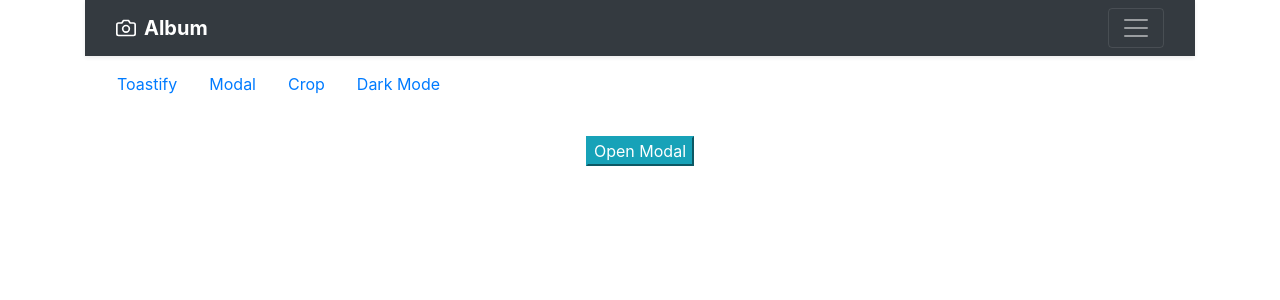
Repository: shankaraswal/react-multiple-ex
Page: /modal
The author's editor kept a copy of each file at every save. The page is drawn from the files as they stood at one save, then again after the next save.
The browser window is 1280 px wide. The pictures show the whole page.
The project was rebuilt for these pictures with package versions that can differ from the ones it lists, and the page was loaded fresh each time. Also part of the build but not shown: src/components/common/CopyArea.js, src/components/Toastify/Toastify.js.

Above is the page before, as saved 2020-02-04 18:27:09.

### src/App.js
import React from 'react';
import {
  BrowserRouter as Router,
  Switch,
  Route,
  Link
} from 'react-router-dom'

import Header from './components/common/Header'
import Navbar from './components/common/Navbar';
import CopyArea from './components/common/CopyArea'

import Toastify from './components/Toastify/Toastify'
import ModalPop from './components/ModalPop/ModalPop'

function App() {
  return (
    <div className="App container">
      <Router>
        <Header/>
       <Navbar />
        <Switch>
          <div className="container mt-4">
            <Route exact path='/' component={Toastify} />
            <Route path='/modal' component={ModalPop} />
          </div>

      </Switch>
      </Router>
    </div>
  );
}
export default App;

### src/components/common/Header.js

import React, { Component } from 'react'

export class Header extends Component {
  render() {
    return (
      <header>
  <div className="collapse bg-dark" id="navbarHeader">
    <div className="container">
      <div className="row">
        <div className="col-sm-8 col-md-7 py-4">
          <h4 className="text-white">About</h4>
          <p className="text-muted">Add some information about the album below, the author, or any other background context. Make it a few sentences long so folks can pick up some informative tidbits. Then, link them off to some social networking sites or contact information.</p>
        </div>
        <div className="col-sm-4 offset-md-1 py-4">
          <h4 className="text-white">Contact</h4>
          <ul className="list-unstyled">
            <li><a href="#" className="text-white">Follow on Twitter</a></li>
            <li><a href="#" className="text-white">Like on Facebook</a></li>
            <li><a href="#" className="text-white">Email me</a></li>
          </ul>
        </div>
      </div>
    </div>
  </div>
  <div className="navbar navbar-dark bg-dark shadow-sm">
    <div className="container d-flex justify-content-between">
      <a href="#" className="navbar-brand d-flex align-items-center">
        <svg xmlns="http://www.w3.org/2000/svg" width="20" height="20" fill="none" stroke="currentColor" stroke-linecap="round" stroke-linejoin="round" stroke-width="2" aria-hidden="true" className="mr-2" viewBox="0 0 24 24" focusable="false"><path d="M23 19a2 2 0 0 1-2 2H3a2 2 0 0 1-2-2V8a2 2 0 0 1 2-2h4l2-3h6l2 3h4a2 2 0 0 1 2 2z"></path><circle cx="12" cy="13" r="4"></circle></svg>
        <strong>Album</strong>
      </a>
      <button className="navbar-toggler" type="button" data-toggle="collapse" data-target="#navbarHeader" aria-controls="navbarHeader" aria-expanded="false" aria-label="Toggle navigation">
        <span className="navbar-toggler-icon"></span>
      </button>
    </div>
  </div>
</header>
    )
  }
}

export default Header

### src/components/common/Navbar.js
import React from 'react'
import { NavLink, Link } from 'react-router-dom'

function Navbar (){

  return (
    <nav className="navbar navbar-right">
      <ul className="nav justify-content-end">
        <li className="nav-item">
          <NavLink className="nav-link" exact to="/">Toastify</NavLink>
        </li>
        <li className="nav-item">
          <Link className="nav-link" to="/modal">Modal</Link>
        </li>
        <li className="nav-item">
        <Link className="nav-link" to="/crop">Crop</Link>
        </li>
        <li className="nav-item">
        <Link className="nav-link" to="/dark">Dark Mode</Link>
        </li>
    </ul>
    </nav>
    )

}

export default Navbar

### src/components/ModalPop/ModalPop.js
import React, { useState } from 'react';
import Modal from 'react-modal';

import './ModalPop.css';

function ModalPop({name}) {
  const [modalIsOpen, setOpenModal] = useState(false);
  return (
    <div className="App" >
      <button className="btn-info" onClick={() => setOpenModal(true)}>Open Modal</button>
      <Modal isOpen={modalIsOpen}>
        <h1>{name}</h1>
        <hr />
        <button className="btn btn-warning" onClick={() => setOpenModal(false)}>Close Modal</button>

      </Modal>

    </div>
  );
}

export default ModalPop;

### src/components/ModalPop/ModalPop.css
.App {
  text-align: center;
}

.App-logo {
  height: auto;
  pointer-events: none;
}

@media (prefers-reduced-motion: no-preference) {
  .App-logo {
    animation: App-logo-spin infinite 20s linear;
  }
}

.App-header {
  background-color: #282c34;
  min-height: auto;
  display: flex;
  flex-direction: column;
  align-items: center;
  justify-content: center;
  font-size: calc(10px + 2vmin);
  color: white;
}

.App-link {
  color: #61dafb;
}

@keyframes App-logo-spin {
  from {
    transform: rotate(0deg);
  }

  to {
    transform: rotate(360deg);
  }
}

Loaded but not shown: public/index.html (common file); src/index.js (common file); src/index.css (common file); src/serviceWorker.js (common file)

After the next save:
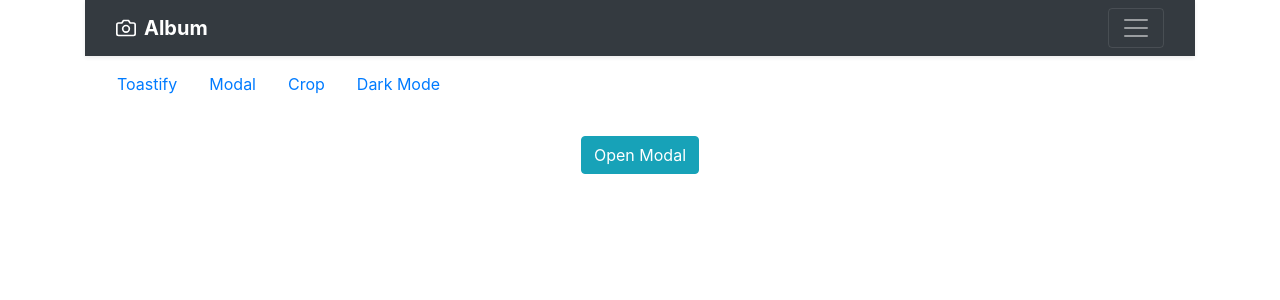
Saved 5 s later.
--- a/src/components/ModalPop/ModalPop.js
+++ b/src/components/ModalPop/ModalPop.js
@@ -7,7 +7,7 @@ function ModalPop({name}) {
   const [modalIsOpen, setOpenModal] = useState(false);
   return (
     <div className="App" >
-      <button className="btn-info" onClick={() => setOpenModal(true)}>Open Modal</button>
+      <button className="btn btn-info" onClick={() => setOpenModal(true)}>Open Modal</button>
       <Modal isOpen={modalIsOpen}>
         <h1>{name}</h1>
         <hr />
